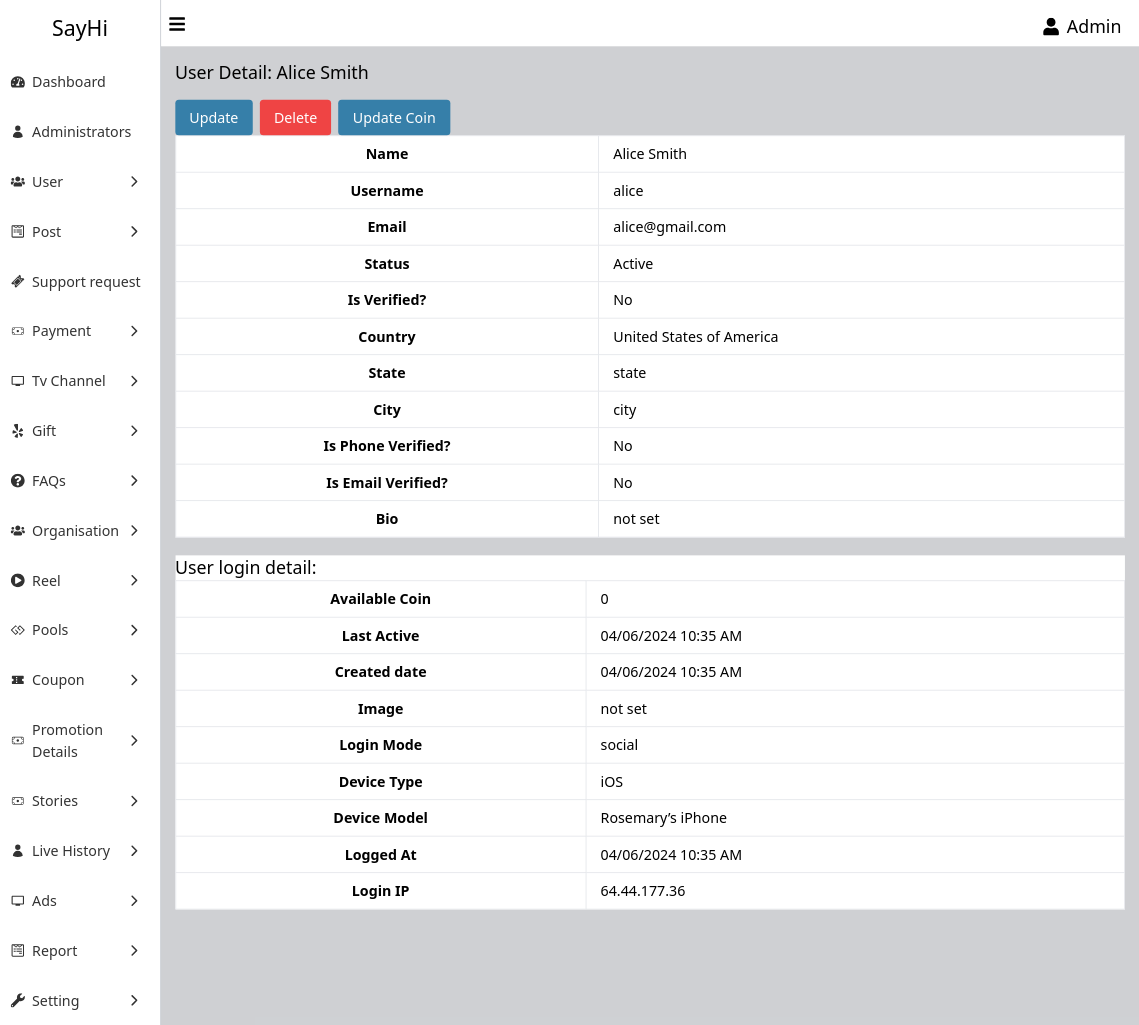
Repository: Husein8/Dashboard
Page: /userDetails/1
The author's editor kept a copy of each file at every save. The page is drawn from the files as they stood at one save, then again after the next save.
The browser window is 1280 px wide. The pictures show the whole page, at 89% of full size.
The project was rebuilt for these pictures with package versions that can differ from the ones it lists, and the page was loaded fresh each time. Also part of the build but not shown: vite.config.js, src/components/Login.jsx, src/components/Charts.jsx, src/components/LatestPost.jsx, src/components/NewUsersData.jsx, src/components/NewUsers.jsx, src/components/TableUsersData.jsx, src/components/Footer.jsx and 13 more.

Above is the page before, as saved 2024-06-09 20:48:41.

### src/App.jsx
import React, { useState } from "react";
import { BrowserRouter as Router, Route, Routes } from "react-router-dom";
import Login from "./components/Login";
import Dashboard from "./components/Dashboard";
import OnboardSettings from "./Pages/OnboardSettings";
import AdminSettings from "./Pages/AdminSettings";
import ContactInfo from "./Pages/ContactInfo";
import { AdminSettingsProvider } from "./context/AdminSettingsContext";
import MainLayout from "./components/MainLayout";
import Users from "./Pages/Users";
import UserDetails from "./Pages/UserDetails";
import UpdateUser from "./Pages/UpdateUser";
import UpdateCoinUser from "./Pages/UpdateCoinUser";
import { UserProvider } from "./context/UserContext";

const App = () => {
  const [login, setLogin] = useState(true);

  return (
    <AdminSettingsProvider>
      <UserProvider>
        <Router>
          <Routes>
            <Route
              index
              element={<Login login={login} setLogin={setLogin} />}
            />
            <Route element={<MainLayout login={login} setLogin={setLogin} />}>
              <Route path="/dashboard" element={<Dashboard />} />
              <Route path="/dashboard/settings" element={<OnboardSettings />} />
              <Route path="/adminSettings" element={<AdminSettings />} />
              <Route path="/contactInfo" element={<ContactInfo />} />
              <Route path="/users" element={<Users />} />
              <Route path="/userDetails/:id" element={<UserDetails />} />
              <Route path="/update/:id" element={<UpdateUser />} />
              <Route path="/update-coin/:id" element={<UpdateCoinUser />} />
            </Route>
          </Routes>
        </Router>
      </UserProvider>
    </AdminSettingsProvider>
  );
};

export default App;

### src/index.css
@import "tailwindcss/base";
@import "tailwindcss/components";
@import "tailwindcss/utilities";

.bg-svg {
  background-image: url("wave.png");
}

### src/context/AdminSettingsContext.jsx
import React, { createContext, useState, useContext, useEffect } from "react";

const AdminSettingsContext = createContext();

const defaultSettings = {
  isUsernameRequired: false,
  isEmailRequired: false,
  isPhoneRequired: false,
  isAddressRequired: false,
  isDateOfBirthRequired: false,
  isFirstNameRequired: false,
  isLastNameRequired: false,
  isGenderRequired: false,
  isLocationRequired: false,
  isInterestsRequired: false,
  isPhotoRequired: false,
  isBioRequired: false,
  bioMaxLength: 200,
  isFindFriendsVisible: false,
  interestsList: ["Football", "Chess", "Reading", "Traveling", "Cooking"],
};

export const AdminSettingsProvider = ({ children }) => {
  const [settings, setSettings] = useState(() => {
    const savedSettings = localStorage.getItem("adminSettings");
    return savedSettings ? JSON.parse(savedSettings) : defaultSettings;
  });

  useEffect(() => {
    localStorage.setItem("adminSettings", JSON.stringify(settings));
  }, [settings]);

  const toggleSetting = (setting) => {
    setSettings((prevSettings) => ({
      ...prevSettings,
      [setting]: !prevSettings[setting],
    }));
  };

  const setBioMaxLength = (length) => {
    setSettings((prevSettings) => ({
      ...prevSettings,
      bioMaxLength: length,
    }));
  };

  const addInterest = (interest) => {
    setSettings((prevSettings) => ({
      ...prevSettings,
      interestsList: [...prevSettings.interestsList, interest],
    }));
  };

  const removeInterest = (interest) => {
    setSettings((prevSettings) => ({
      ...prevSettings,
      interestsList: prevSettings.interestsList.filter(
        (item) => item !== interest
      ),
    }));
  };

  return (
    <AdminSettingsContext.Provider
      value={{
        settings,
        toggleSetting,
        setBioMaxLength,
        addInterest,
        removeInterest,
      }}
    >
      {children}
    </AdminSettingsContext.Provider>
  );
};

export const useAdminSettings = () => useContext(AdminSettingsContext);

### src/components/MainLayout.jsx
import React, { useEffect, useState } from "react";
import { Outlet } from "react-router-dom";
import Sidebar from "./Sidebar";
import HeaderSidebarAdmin from "./HeaderSidebarAdmin";

const MainLayout = ({ login, setLogin }) => {
  const [sidebarOpen, setSidebarOpen] = useState(false);

  const toggleSidebar = () => {
    setSidebarOpen((prevSidebarOpen) => !prevSidebarOpen);
  };

  useEffect(() => {
    const handleResize = () => {
      if (window.innerWidth >= 760) {
        setSidebarOpen(true);
      } else {
        setSidebarOpen(false);
      }
    };

    handleResize();

    window.addEventListener("resize", handleResize);
    return () => window.removeEventListener("resize", handleResize);
  }, []);

  return (
    <div className="flex">
      <div className="w-1/10 bg-opacity-20 bg-white">
        {login ? (
          <Sidebar
            sidebarOpen={sidebarOpen}
            toggleSidebar={toggleSidebar}
            setSidebarOpen={setSidebarOpen}
            login={login}
          />
        ) : (
          ""
        )}
      </div>
      <div className="w-full bg-gray-900 bg-opacity-20">
        <HeaderSidebarAdmin toggleSidebar={toggleSidebar} login={login} />
        <div className="w-full bg-bgMainContent">
          <Outlet />
        </div>
      </div>
    </div>
  );
};

export default MainLayout;

### src/Pages/UserDetails.jsx
// UserDetails.jsx
import React, { useContext } from "react";
import { useNavigate, useParams } from "react-router-dom";
import { UserContext } from "../context/UserContext";

const UserDetails = () => {
  const { id } = useParams();
  const { users } = useContext(UserContext);
  const user = users[id];
  const navigate = useNavigate();

  const handleUpdateClick = () => {
    navigate(`/update/${id}`);
  };

  const handleUpdateCoinClick = () => {
    navigate(`/update-coin/${id}`);
  };

  const handleDeleteClick = () => {
    // Logic to delete the user
    console.log(`User with ID ${id} deleted`);
    navigate("/users");
  };

  if (!user) {
    return <div>User not found</div>;
  }

  return (
    <div className="container mx-auto p-4">
      <h2 className="text-xl mb-3 font-medium">User Detail: {user.name}</h2>
      <div className="mt-4">
        <button
          onClick={handleUpdateClick}
          className="mr-2 bg-buttonsColor text-white px-4 py-2 rounded"
        >
          Update
        </button>
        <button
          onClick={handleDeleteClick}
          className="mr-2 bg-red-500 text-white px-4 py-2 rounded"
        >
          Delete
        </button>
        <button
          onClick={handleUpdateCoinClick}
          className="bg-buttonsColor text-white px-4 py-2 rounded"
        >
          Update Coin
        </button>
      </div>
      <div className="overflow-x-auto">
        <table className="min-w-full bg-white border border-gray-200">
          <tbody>
            <tr>
              <th className="py-2 px-4 border">Name</th>
              <td className="py-2 px-4 border">{user.name}</td>
            </tr>
            <tr>
              <th className="py-2 px-4 border">Username</th>
              <td className="py-2 px-4 border">{user.username}</td>
            </tr>
            <tr>
              <th className="py-2 px-4 border">Email</th>
              <td className="py-2 px-4 border">{user.email}</td>
            </tr>
            <tr>
              <th className="py-2 px-4 border">Status</th>
              <td className="py-2 px-4 border">{user.status}</td>
            </tr>
            <tr>
              <th className="py-2 px-4 border">Is Verified?</th>
              <td className="py-2 px-4 border">
                {user.isVerified ? "Yes" : "No"}
              </td>
            </tr>
            <tr>
              <th className="py-2 px-4 border">Country</th>
              <td className="py-2 px-4 border">{user.country}</td>
            </tr>
            <tr>
              <th className="py-2 px-4 border">State</th>
              <td className="py-2 px-4 border">{user.state}</td>
            </tr>
            <tr>
              <th className="py-2 px-4 border">City</th>
              <td className="py-2 px-4 border">{user.city}</td>
            </tr>
            <tr>
              <th className="py-2 px-4 border">Is Phone Verified?</th>
              <td className="py-2 px-4 border">
                {user.isPhoneVerified ? "Yes" : "No"}
              </td>
            </tr>
            <tr>
              <th className="py-2 px-4 border">Is Email Verified?</th>
              <td className="py-2 px-4 border">
                {user.isEmailVerified ? "Yes" : "No"}
              </td>
            </tr>
            <tr>
              <th className="py-2 px-4 border">Bio</th>
              <td className="py-2 px-4 border">
                {user.bio ? user.bio : "not set"}
              </td>
            </tr>
          </tbody>
        </table>
        <div className=" bg-white">
          <h2 className="mt-5 text-xl font-normal">User login detail:</h2>
          <table className="min-w-full bg-white border border-gray-200">
            <tbody>
              <tr>
                <th className="py-2 px-4 border">Available Coin</th>
                <td className="py-2 px-4 border">{user.availableCoin}</td>
              </tr>
              <tr>
                <th className="py-2 px-4 border">Last Active</th>
                <td className="py-2 px-4 border">{user.lastActive}</td>
              </tr>
              <tr>
                <th className="py-2 px-4 border">Created date</th>
                <td className="py-2 px-4 border">{user.createdDate}</td>
              </tr>
              <tr>
                <th className="py-2 px-4 border">Image</th>
                <td className="py-2 px-4 border">
                  {user.image ? user.image : "not set"}
                </td>
              </tr>
              <tr>
                <th className="py-2 px-4 border">Login Mode</th>
                <td className="py-2 px-4 border">{user.loginMode}</td>
              </tr>
              <tr>
                <th className="py-2 px-4 border">Device Type</th>
                <td className="py-2 px-4 border">{user.deviceType}</td>
              </tr>
              <tr>
                <th className="py-2 px-4 border">Device Model</th>
                <td className="py-2 px-4 border">{user.deviceModel}</td>
              </tr>
              <tr>
                <th className="py-2 px-4 border">Logged At</th>
                <td className="py-2 px-4 border">{user.loggedAt}</td>
              </tr>
              <tr>
                <th className="py-2 px-4 border">Login IP</th>
                <td className="py-2 px-4 border">{user.loginIp}</td>
              </tr>
            </tbody>
          </table>
        </div>
      </div>
    </div>
  );
};

export default UserDetails;

### src/components/IconsData.jsx
import { useState } from "react";
import { FaArrowCircleRight, FaBars, FaUser } from "react-icons/fa";
import { AiOutlineUser } from "react-icons/ai";
import { IoVideocamOutline } from "react-icons/io5";
import { FaPlayCircle, FaHistory } from "react-icons/fa";
import { useNavigate } from "react-router-dom";

const iconsData = [
  {
    icon: <AiOutlineUser className="text-white text-5xl" />,
    title: "USERS",
    count: "10",
    moreInfo: "More info",
    color: "bg",
  },
  {
    icon: <IoVideocamOutline className="text-white text-5xl" />,
    title: "POSTS",
    count: "0",
    moreInfo: "More info",
    color: "bg-red-600",
  },
  {
    icon: <FaPlayCircle className="text-white text-5xl" />,
    title: "REELS",
    count: "0",
    moreInfo: "More info",
    color: "bg-green-700",
  },
  {
    icon: <FaHistory className="text-white text-5xl" />,
    title: "STORY",
    count: "0",
    moreInfo: "More info",
    color: "bg-red-600",
  },
];

function IconsData() {
  return (
    <div className="bg-icons">
      {/* <div className="flex items-center justify-between pl-2 py-2 bg-white">
        <div className="">
          <button onClick={toggleSidebar} className="text-xl pt-2">
            <FaBars />
          </button>
        </div>
        <div className="flex items-center gap-2 relative ">
          <div className="flex items-center gap-2 cursor-pointer text-xl pt-2 pr-5">
            <FaUser onClick={handleAdminClick} />
            <span onClick={handleAdminClick}>Admin</span>
          </div>
        </div>
        {showAdminContainer ? (
          <div className="absolute top-16 right-10 md:right-5 bg-white border w-60 md:w-64  border-black shadow-lg rounded-md ">
            <div className="">
              <div className="flex flex-col items-center pt-10 bg-black text-white">
                <FaUser className="text-7xl mb-2" />
                <p>Admin</p>
                <p className="mb-6 text-sm">Member since May 2024</p>
              </div>
              <div className="flex justify-between w-full mt-3">
                <button
                  onClick={handleSettingsClick}
                  className="text-black px-4 py-2 rounded  border hover:border-black"
                >
                  Settings
                </button>
                <button
                  className="text-black px-4 py-2 rounded border hover:border-black"
                  onClick={handleLogout}
                >
                  Logout
                </button>
              </div>
            </div>
          </div>
        ) : (
          ""
        )}
      </div> */}

      <h1 className="pt-5 text-3xl mb-5 px-2">Dashboard</h1>
      <div className="grid grid-cols-2 sm:grid-cols-2 md:grid-cols-3 lg:grid-cols-4 gap-4 pr-4 py-4 pl-3">
        {iconsData.map((item, index) => (
          <div key={index} className="flex bg-white">
            <div
              className={`container-picture flex items-center justify-center text-5xl ${item.color} px-3 py-4 border rounded-tl rounded-bl`}
            >
              {item.icon}
            </div>

            <div className="flex flex-col bg-white bg-opacity-50 w-full pl-2 ">
              <span className="text-sm">{item.title}</span>
              <span className="text-base font-bold">{item.count}</span>
              <div className="flex flex-row items-center text-blue-500 gap-1">
                <span className="text-sm">{item.moreInfo}</span>
                <FaArrowCircleRight />
              </div>
            </div>
          </div>
        ))}
      </div>
    </div>
  );
}

export default IconsData;

### src/components/HeaderSidebarAdmin.jsx
import { useState } from "react";
import { FaBars, FaUser } from "react-icons/fa";
import { useNavigate } from "react-router-dom";

function HeaderSidebarAdmin({ toggleSidebar, login }) {
  const navigate = useNavigate();
  const [showAdminContainer, setShowAdminContainer] = useState(false);

  const handleAdminClick = () => {
    if (!login) {
      navigate("/");
    } else {
      setShowAdminContainer(!showAdminContainer);
    }
  };

  const handleLogout = () => {
    navigate("/");
  };

  // handleSettingsClick;

  const handleSettingsClick = () => {
    navigate("settings");
  };

  return (
    <div>
      <div className="flex items-center justify-between pl-2 py-2 bg-white">
        <div className="">
          <button onClick={toggleSidebar} className="text-xl pt-2">
            <FaBars />
          </button>
        </div>
        <div className="flex items-center gap-2 relative ">
          <div className="flex items-center gap-2 cursor-pointer text-xl pt-2 pr-5">
            <FaUser onClick={handleAdminClick} />
            <span onClick={handleAdminClick}>Admin</span>
          </div>
        </div>
        {showAdminContainer ? (
          <div className="absolute top-16 right-10 md:right-5 bg-white border w-60 md:w-64  border-black shadow-lg rounded-md ">
            <div className="">
              <div className="flex flex-col items-center pt-10 bg-black text-white">
                <FaUser className="text-7xl mb-2" />
                <p>Admin</p>
                <p className="mb-6 text-sm">Member since May 2024</p>
              </div>
              <div className="flex justify-between w-full mt-3">
                <button
                  onClick={handleSettingsClick}
                  className="text-black px-4 py-2 rounded  border hover:border-black"
                >
                  Settings
                </button>
                <button
                  className="text-black px-4 py-2 rounded border hover:border-black"
                  onClick={handleLogout}
                >
                  Logout
                </button>
              </div>
            </div>
          </div>
        ) : (
          ""
        )}
      </div>
    </div>
  );
}

export default HeaderSidebarAdmin;

### src/components/StatusData.jsx
import { FaDollarSign, FaEnvelope, FaFileAlt } from "react-icons/fa";

const cardData = [
  {
    icon: <FaEnvelope className="text-white text-4xl md:text-5xl" />,
    bgColor: "bg-yellow-500",
    header: "SUPPORT REQUESTS",
    count: 20,
    description: "5 requests is pending for reply",
  },
  {
    icon: <FaFileAlt className="text-white text-4xl md:text-5xl" />,
    bgColor: "bg-red-500",
    header: "USERS LIVE HISTORY",
    count: 1201,
    description: "0 Users live now",
  },
  {
    icon: <FaDollarSign className="text-white text-4xl md:text-5xl" />,
    bgColor: "bg-green-500",
    header: "PAYMENTS",
    count: "$1415",
    description: "$0 in 30 Days",
  },
];

function InfoData() {
  return (
    <div className="mt-10 lg:mt-0">
      {cardData.map((card, index) => (
        <div key={index} className={`shadow-lg ${card.bgColor}`}>
          <div className="flex items-center mb-4 p-2">
            <div className="ml-2 mr-5">{card.icon}</div>
            <div className="flex flex-col text-white">
              <span className="text-sm md:text-base">{card.header}</span>
              <span className="text-sm md:text-base">{card.count}</span>
              <p className="text-sm md:text-base">{card.description}</p>
            </div>
          </div>
        </div>
      ))}
    </div>
  );
}

export default InfoData;

Loaded but not shown: index.html (common file); src/main.jsx (common file); tailwind.config.js (21 lines, source omitted); src/components/Sidebar.jsx (508 lines, source omitted); src/context/UserContext.jsx (234 lines, source omitted)

After the next save:
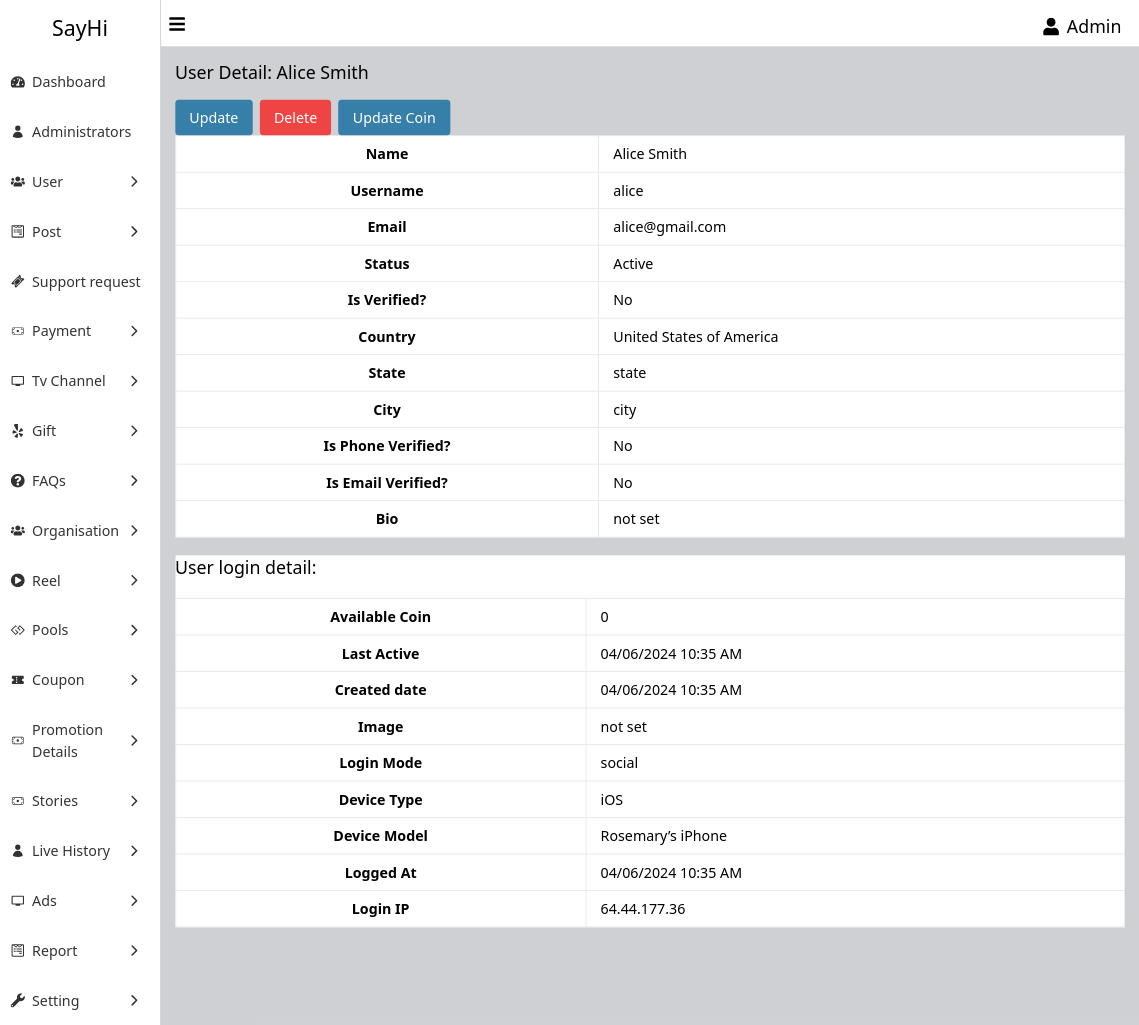
Saved 11 s later.
--- a/src/Pages/UserDetails.jsx
+++ b/src/Pages/UserDetails.jsx
@@ -108,7 +108,7 @@ const UserDetails = () => {
           </tbody>
         </table>
         <div className=" bg-white">
-          <h2 className="mt-5 text-xl font-normal">User login detail:</h2>
+          <h2 className="my-5 text-xl font-normal ">User login detail:</h2>
           <table className="min-w-full bg-white border border-gray-200">
             <tbody>
               <tr>
